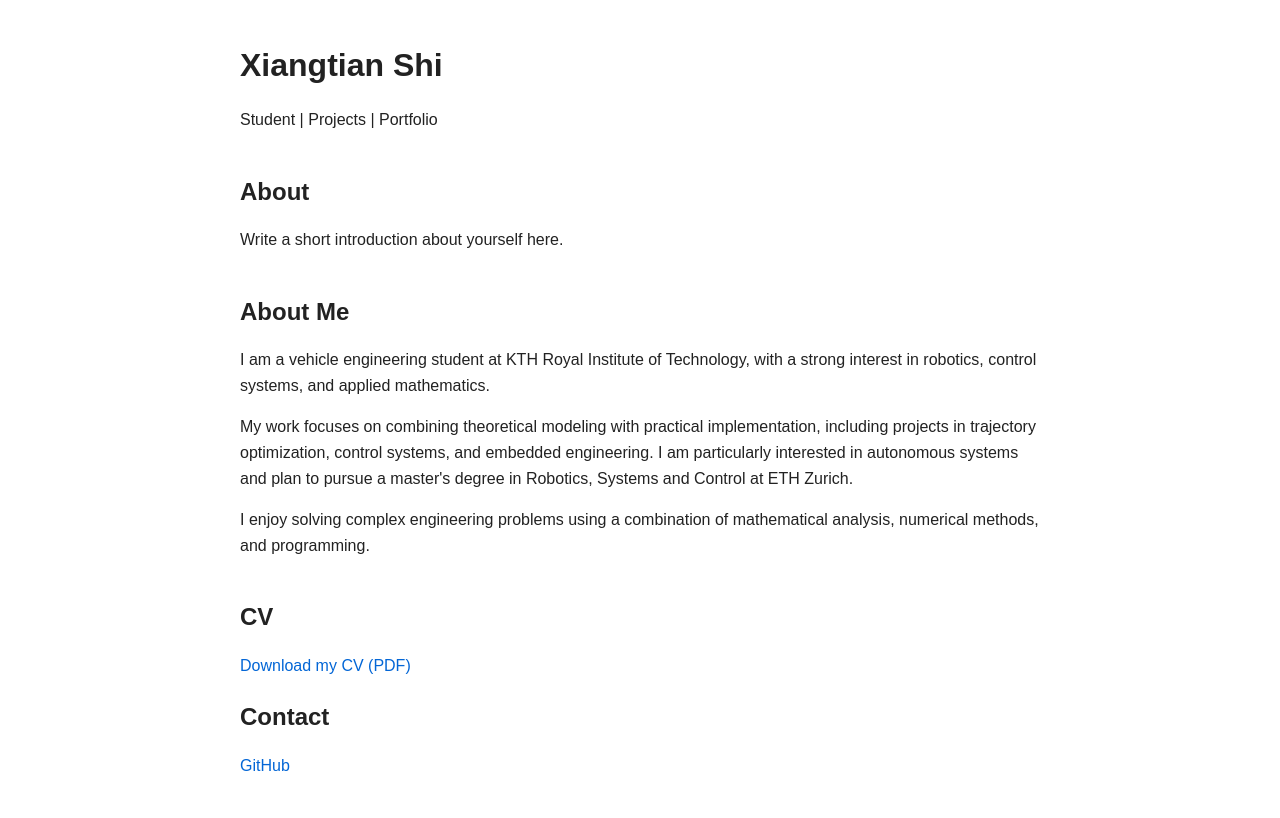
Repository: xitisch/xitisch.github.io
Page: index.html
An editor plug-in stored every save of this project. The page is shown before and after a run of saves, followed by the edit.
The browser window is 1280 px wide. The pictures show the whole page.

Above is the page before, as saved 2026-04-21 22:05:18.

### index.html
<!doctype html>
<html lang="en">
<head>
  <meta charset="UTF-8">
  <meta name="viewport" content="width=device-width, initial-scale=1.0">
  <title>Your Name</title>
  <style>
    body {
      font-family: Arial, sans-serif;
      max-width: 800px;
      margin: 40px auto;
      padding: 0 20px;
      line-height: 1.6;
      color: #222;
    }
    h1, h2 { margin-bottom: 0.3em; }
    .section { margin-top: 40px; }
    a { color: #0366d6; text-decoration: none; }
    a:hover { text-decoration: underline; }
  </style>
</head>
<body>
  <h1>Xiangtian Shi</h1>
  <p>Student | Projects | Portfolio</p>

  <div class="section">
    <h2>About</h2>
    <p>Write a short introduction about yourself here.</p>
  </div>

  <div class="section">
    <h2>About Me</h2>
    <p>
      I am a vehicle engineering student at KTH Royal Institute of Technology,
      with a strong interest in robotics, control systems, and applied mathematics.
    <p>
      My work focuses on combining theoretical modeling with practical
      implementation, including projects in trajectory optimization, control
      systems, and embedded engineering. I am particularly interested in
      autonomous systems and plan to pursue a master's degree in Robotics,
      Systems and Control at ETH Zurich.
    </p>
    <p>
    I enjoy solving complex engineering problems using a combination of
    mathematical analysis, numerical methods, and programming.
    </p>
  </div>
  <div class="section">
    <h2>CV</h2>
    <p>
      <a href="XiangtianShi_CV.pdf" target="_blank">Download my CV (PDF)</a>
    </p>
    <h2>Contact</h2>
    <p><a href="https://www.linkedin.com/in/xiangtian-shi-5ab47428b/">GitHub</a></p>
  </div>
</body>
</html>

After the next 2 saves:
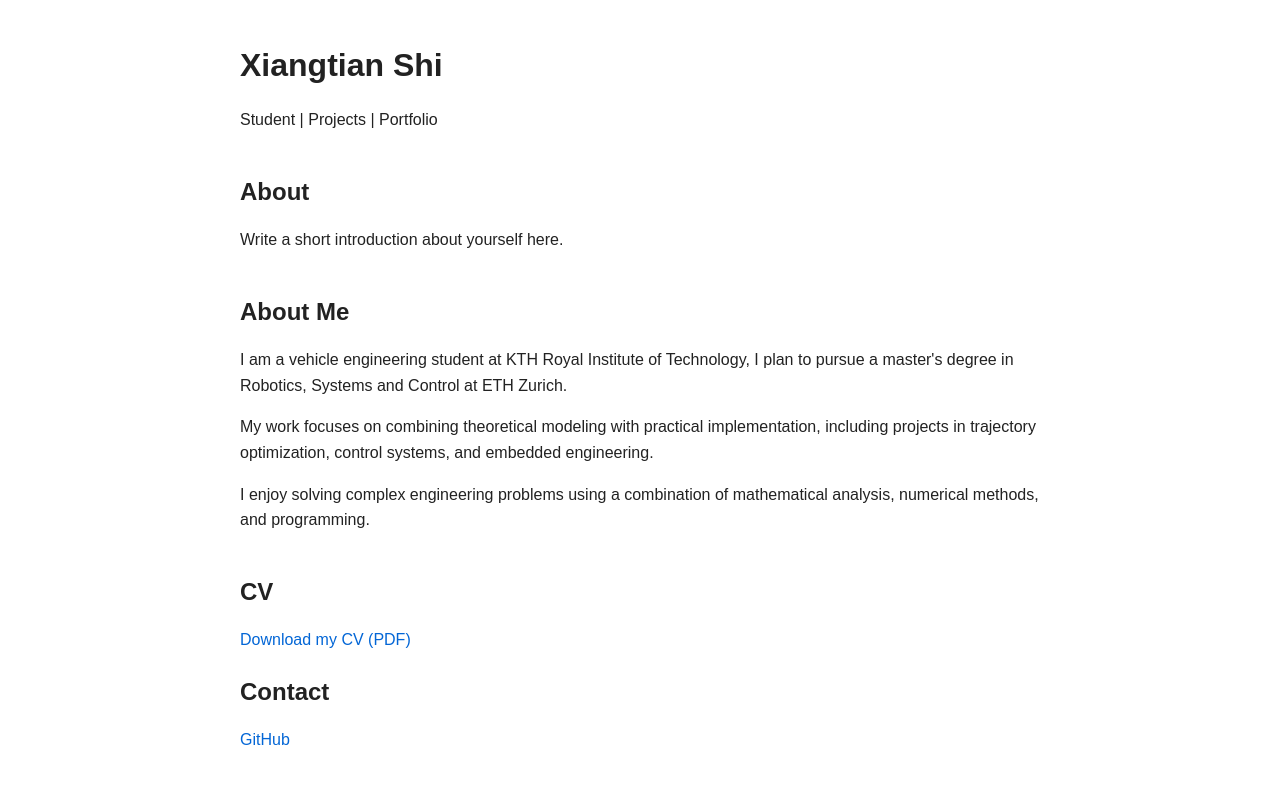
The 2 saves are shown as one change because they came seconds apart.
The last was saved 78 s later.
--- a/index.html
+++ b/index.html
@@ -32,13 +32,11 @@
     <h2>About Me</h2>
     <p>
       I am a vehicle engineering student at KTH Royal Institute of Technology,
-      with a strong interest in robotics, control systems, and applied mathematics.
+      I plan to pursue a master's degree in Robotics, Systems and Control at ETH Zurich.
     <p>
       My work focuses on combining theoretical modeling with practical
       implementation, including projects in trajectory optimization, control
-      systems, and embedded engineering. I am particularly interested in
-      autonomous systems and plan to pursue a master's degree in Robotics,
-      Systems and Control at ETH Zurich.
+      systems, and embedded engineering.
     </p>
     <p>
     I enjoy solving complex engineering problems using a combination of
